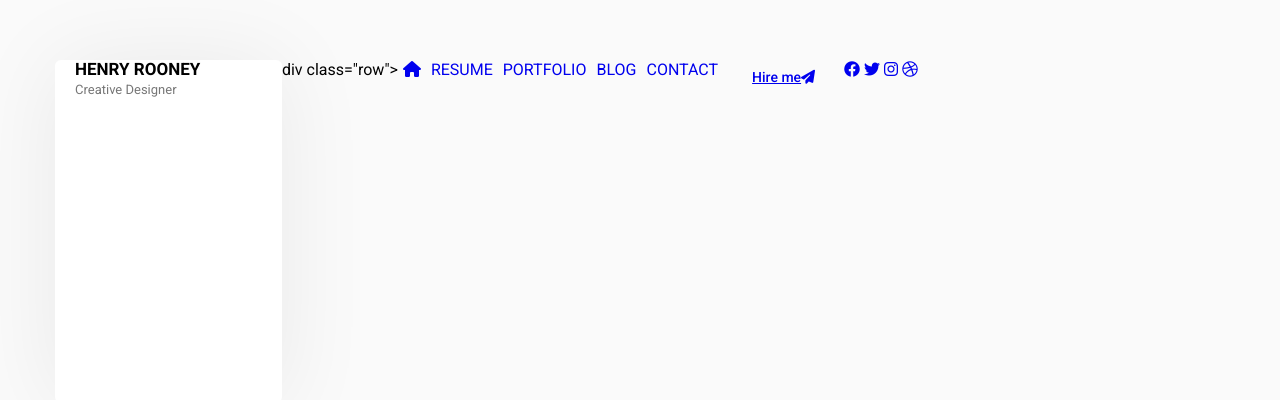
Repository: Lehuyhuynh/mat
Page: index.html
These files come from the project's save history. The page is drawn as it stood at one moment and after the next save; the edit follows.
The browser window is 1280 px wide. The pictures show the whole page.

Above is the page before, as saved 2023-04-12 12:23:16.

### index.html
<!DOCTYPE html>
<html lang="en">
<head>
                    <meta charset="UTF-8">
                    <meta http-equiv="X-UA-Compatible" content="IE=edge">
                    <meta name="viewport" content="width=device-width, initial-scale=1.0">
                    <title>Mat</title>
                    <link rel="stylesheet" href="style.css">
                    <link rel="preconnect" href="https://fonts.googleapis.com">
                    <link rel="preconnect" href="https://fonts.gstatic.com" crossorigin>
                     <link href="https://fonts.googleapis.com/css2?family=Roboto:wght@400;500;700;900&display=swap" rel="stylesheet">

                    <link rel="stylesheet" href="icon-fonts/font-awesome-4.7.0/css/font-awesome.min.css"/>

                    <link rel="stylesheet" href="https://cdnjs.cloudflare.com/ajax/libs/font-awesome/6.4.0/css/all.min.css" integrity="sha512-iecdLmaskl7CVkqkXNQ/ZH/XLlvWZOJyj7Yy7tcenmpD1ypASozpmT/E0iPtmFIB46ZmdtAc9eNBvH0H/ZpiBw==" crossorigin="anonymous" referrerpolicy="no-referrer" />
</head>
<body>
    <div id="preloader">

        <div class="spinner">
        </div>

    </div>

    <div class="wrapper container">

        <div class="row">

            <!-- profile section -->

            <div class="col-lg-3 col-md-4">

                <div class="profile">

                    <div class="profile-name">

                        <span class="name">Henry Rooney</span><br>

                        <span class="jod">Creative Designer</span><br>

                    </div>

                    <f class="profile-img" src="img/profile.jpg" alt="#">

                     <ul class="profile-information">

                        <li><p><span>Name:</span> Chris Johnson</p></li>

                        <li><p><span>Birthday:</span> 06 December 1987</p></li>

                        <li><p><span>Job:</span> Freelancer</p></li>

                        <li><p><span>Email:</span> henry@domain.com</p></li>

                        <li><p><span>Skype:</span> henryrooney85</p></li>

                    </ul>

                    <div class="col-md-12">

                         <button class="site-btn icon">Download Cv

                            <i class="fa fa-download" aria-hidden="true"></i>

                        </button>

                    </div>

                </div>

            </div>

                <!-- header -->
                div  class="row">

                <div class="col-md-8 col-sm-8-col-xs-4">

                    <ul class="tabs">
                        <li class="tab">

                          <a class="home-btn" href="#home"><i class="fa fa-home" aria-hidden="true"></i></a>

                        </li>
                        <li class="tab"><a href="#RESUME">RESUME</a></li>
                        <li class="tab"><a href="#PORTFOLIO">PORTFOLIO</a></li>
                        <li class="tab"><a href="#BLOG">BLOG</a></li>
                        <li class="tab"><a href="#CONTACT">CONTACT</a></li>

                    </ul>
                    </div>


                <div class="col-md-4 col-sm-4 col-xs-8 dynamic">

                    <a href="mailto:hi@tavonline.net" class="pull-right site-btn icon hidden-xs">Hire me<i class="fa fa-paper-plane" aria-hidden="true"></i></a>

                </div>


                <div class="hidden-md social-icons pull-right">

                    <a class="fb" href="#"><i class="fa-brands fa-facebook"></i></a>

                    <a class="tw" href="#"><i class="fa-brands fa-twitter"></i></a>

                    <a class="ins" href="#"><i class="fa-brands fa-instagram"></i></a>

                    <a class="dr" href="#"><i class="fa-brands fa-dribbble" ></i></a>

                </div>

             </div>

        </div>

    </div>
</body>
</html>

### style.css
body{
                    background-image: url(/img/bg.png) #fafafa;
                   font-family: roboto, sans-serif;
                   background:#fafafa;
                   position: relative;
                   overflow: hidden;

}

html{
                    height: 100%;
}
*{
                    margin: 0;
                    padding: 0;
                    border: 0;
                    outline: 0;
                    background: transparent;
}

.site-btn{
                    font-size: 14px;
                    font-weight: 500;
                    border-radius: 50px;
                    -webkit-border-radius:50px;
                    -moz-border-radius:50px;
                    padding: 1px 29px;
                    line-height: 35px;
}

.site-btn .icon{
                    text-align: left;
                    padding: 1px 6px 1px 19px;
}

.site-btn .icon i{
                    color: #000;
                    background: #fff;
                    margin-left: 15px;
                    border-radius: 50px;
                    font-size: 11px;
                    height: 27px;
                    width: 27px;
                    float: right;
                    text-align: center;
                    line-height: 29px;
                    margin-top: 4px;
}

p{
                    font-size: 13px;
                    color: #4c4c4c;
                    line-height: 24px;
 }

 .profile{
                    background: #fff;
                    border-radius: 6px;
                    -moz-border-radius: 6px;
                    -webkit-border-radius: 6px;
                    -o-border-radius: 6px;
                    width: 100%;
                    display: inline-block;
                    box-shadow: 0px 2px 92px 0px rgba(0, 0, 0, 0.07);
                    -webkit-box-shadow: 0px 2px 92px 0px rgba(0, 0, 0, 0.07);
                    -moz-box-shadow: 0px 2px 92px 0px rgba(0, 0, 0, 0.07);
}

.profile .name {
                    line-height: 18px;
                    padding: 20px;
                    text-transform: uppercase;
                    font-size: 17px;
                    font-weight: bold;

}
.profile .jod {
                    padding: 20px;
                    color: #777777;
                    font-size: 13px;
}

.profile-img{
                   margin-top: -18px;
                   -webkit-clip-path: polygon(0 9%, 100% 0, 100% 94%, 0% 100%);
                    clip-path: polygon(0 9%, 100% 0, 100% 94%, 0% 100%);
                    height: 380px;

}
.profile-img img{
                    width: 100%;
}

.profile-information{
                    list-style: none;
                    margin: 8px 0px 8px 35px;
}

.profile-information li{
                    border-left: 2px solid #eee;
                    padding:0 0 23px 20px;
                    font-size: 14px;
                    color: #787878;
}

ul.profile-information li p{
                    font-size: 13.5px;
                    color: #7f7f7f;
                    line-height: 12px;
}

ul.profile-information li:last-child{
                    border: 0;
                    margin-left: 2px;
                    margin-top: -2px;
}


ul.profile-information li:before{
                    content: "";
                    border: solid 2px;
                    width: 8px;
                    height: 8px;
                    border-radius: 50px;
                    -moz-border-radius: 50px;
                    -webkit-border-radius: 50px;
                    font-size: 8px;
                    margin-left: -25px;
                    margin-top: 2px;
                    font-weight: 400;
                    background: #fff;
                    display: block;
                    position: absolute;
}

ul.profile-information li span{color:#000}

ul.profile-information li:first-child{
                    padding-bottom: 10px;
                    padding-left: 30px;
                    position: relative;
}

ul.profile-information li:first-child img {
                    margin:44px -44px;
                    display: inline-block;
                    position: absolute;
                    width: 20px;
 }

 ul.profile-information li:first-child::before {

                    margin-left: -51px;
                    margin-top: -30px;
                    margin-bottom: 20px;
                    position: relative;
                    border: 0;
                    width: 40px;
                    height: 40px;
                    padding: 11px 14px;
                    box-shadow: 0px 2px 32px 0px rgba(4, 123, 248, 0.3);
}
 ul.profile-information li:first-child::after {
                    background: url(img/glasses.png) no-repeat;
                    content: '';
                    width: 30px;
                    height: 10px;
                    position: absolute;
                    top: 0;
                    left: 0;
                    margin: 16px -15px;
                    background-size: 27px 10px;
 }

.profile .site-btn{
                    margin: 18px auto 30px;
                    display: block;
}

.tabs .tab a {
                    text-decoration: none;
                    margin: 5px;
}
.col-md-4  .pull-right{
                    text-align: right;
}

.wrapper{
                    margin-top: 60px;
                    width: 1170px ;
                    background: transparent;
}
.container{
                    padding-right: 15px;
                    padding-left: 15px;
                    margin-right: auto;
                    margin-left: auto;
}
*{
                    margin: 0;
                    padding: 0;
                    border: 0;
                    outline: 0;;
                    background: transparent;
}
.row{
                    display: flex;
}



.tabs{
                    display: flex;
                    list-style-type: none;
                    text-decoration: none;

}

.tabs .tab a {
                    text-decoration: none;
                    margin: 5px;
}
.col-md-4  .pull-right{
                    text-align: right;
}

After the next save:
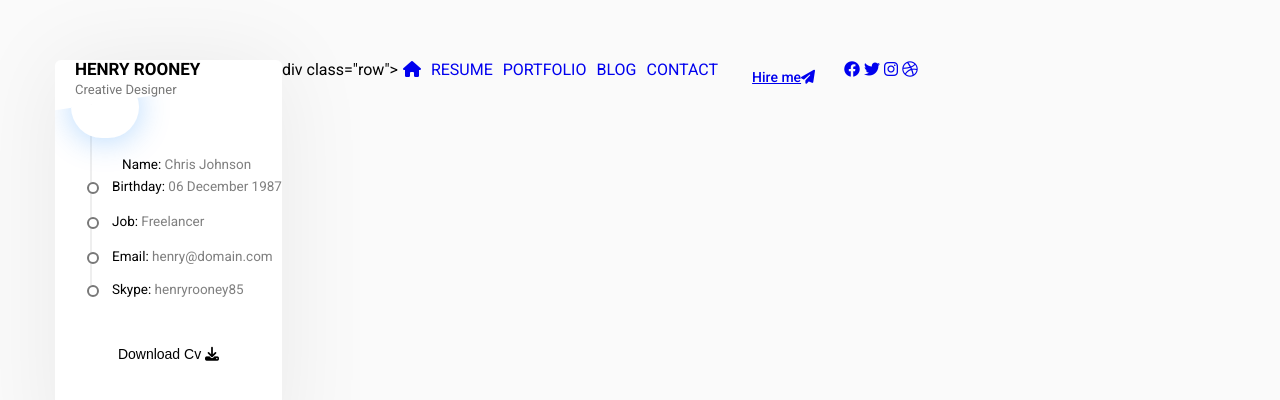
Saved 4 s later.
--- a/index.html
+++ b/index.html
@@ -40,7 +40,7 @@
 
                     </div>
 
-                    <f class="profile-img" src="img/profile.jpg" alt="#">
+                    <footer class="profile-img" src="img/profile.jpg" alt="#">
 
                      <ul class="profile-information">
 
